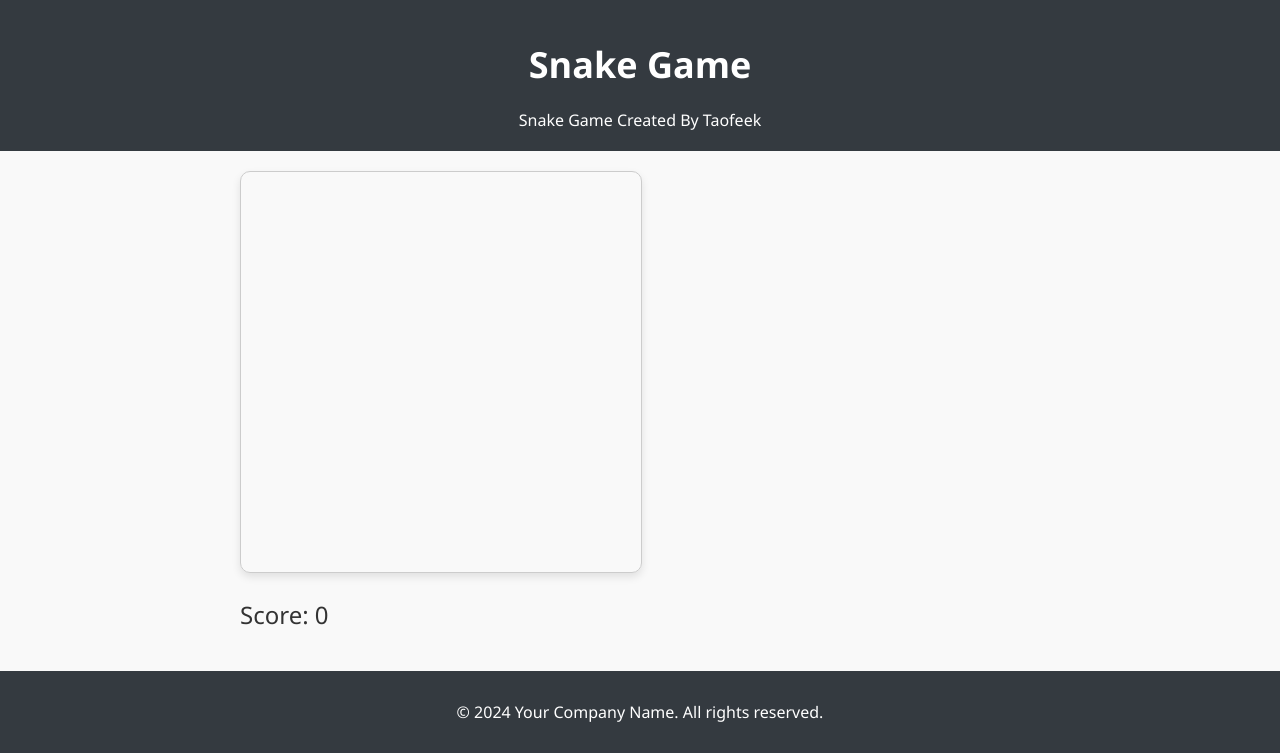
Repository: Taofeekolusola/Landing-page
Page: index.html
The author's editor kept a copy of each file at every save. The page is drawn from the files as they stood at one save, then again after the next save.
The browser window is 1280 px wide. The pictures show the whole page.

Above is the page before, as saved 2024-05-06 18:03:10.
Not found: script.js

### index.html
<!DOCTYPE html>
<html lang="en">
<head>
    <meta charset="UTF-8">
    <meta name="viewport" content="width=device-width, initial-scale=1.0">
    <title>Snake Game</title>
    <link rel="stylesheet" href="styles.css">
</head>
<body>
    <header>
        <div class="container">
            <h1>Snake Game</h1>
        </div>
        <div class="name">Snake Game Created By Taofeek</div>
    </header>
    <main>
        <div class="container">
            <canvas id="gameCanvas" width="400" height="400"></canvas>
            <div id="score">Score: 0</div>
        </div>
    </main>
    <footer>
        <div class="container">
            <p>&copy; 2024 Your Company Name. All rights reserved.</p>
        </div>
    </footer>
    <script src="script.js"></script>
</body>
</html>

### styles.css
body {
    font-family: 'Segoe UI', Tahoma, Geneva, Verdana, sans-serif;
    margin: 0;
    padding: 0;
    display: flex;
    flex-direction: column;
    min-height: 100vh;
    background-color: #f9f9f9;
}

.container {
    width: 80%;
    max-width: 800px;
    margin: 0 auto;
    padding: 20px;
}

header {
    background-color: #343a40;
    color: #fff;
    text-align: center;
    padding: 20px 0;
}

header h1 {
    font-size: 36px;
    margin: 0;
}

main {
    flex-grow: 1;
    display: flex;
    justify-content: center;
    align-items: center;
}

canvas {
    border: 1px solid #ccc;
    border-radius: 10px;
    box-shadow: 0 4px 8px rgba(0, 0, 0, 0.1);
}

#score {
    margin-top: 20px;
    font-size: 24px;
    color: #333;
}

footer {
    background-color: #343a40;
    color: #fff;
    text-align: center;
    padding: 10px 0;
    margin-top: 20px;
}

footer p {
    margin: 0;
}

After the next save:
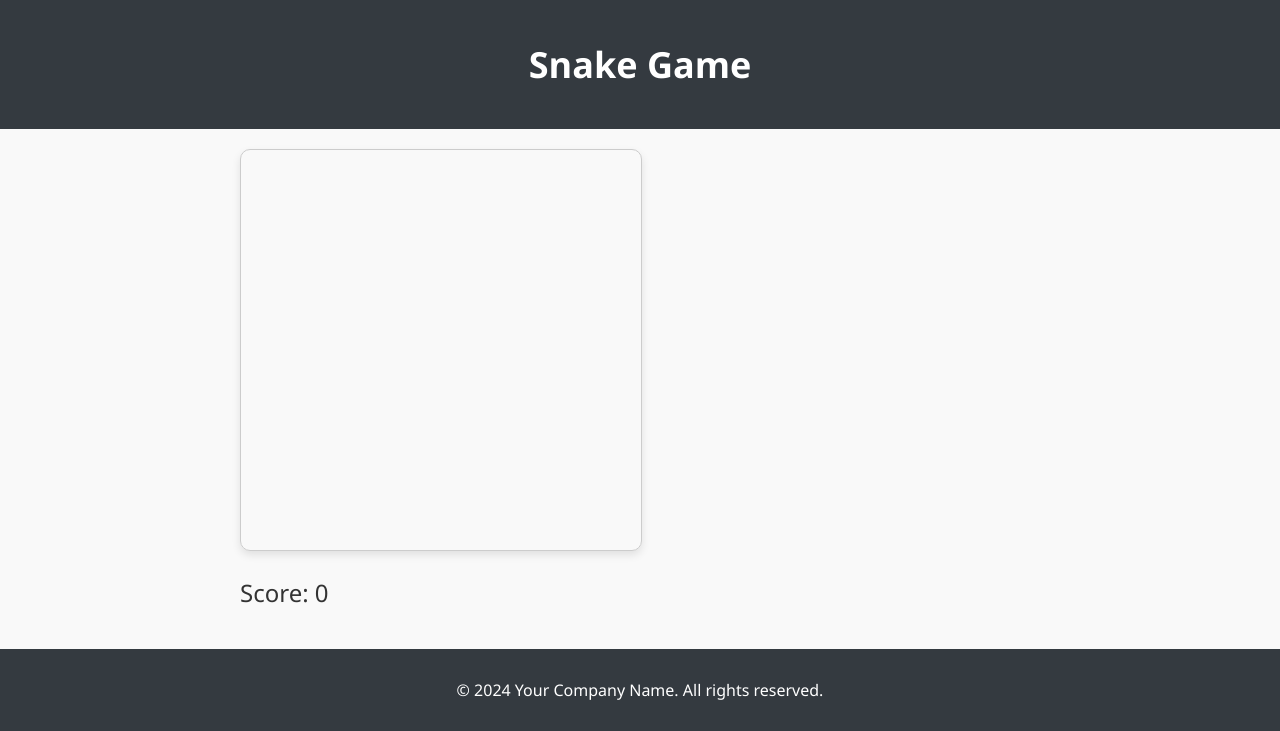
Saved 46 s later.
--- a/index.html
+++ b/index.html
@@ -11,7 +11,6 @@
         <div class="container">
             <h1>Snake Game</h1>
         </div>
-        <div class="name">Snake Game Created By Taofeek</div>
     </header>
     <main>
         <div class="container">
